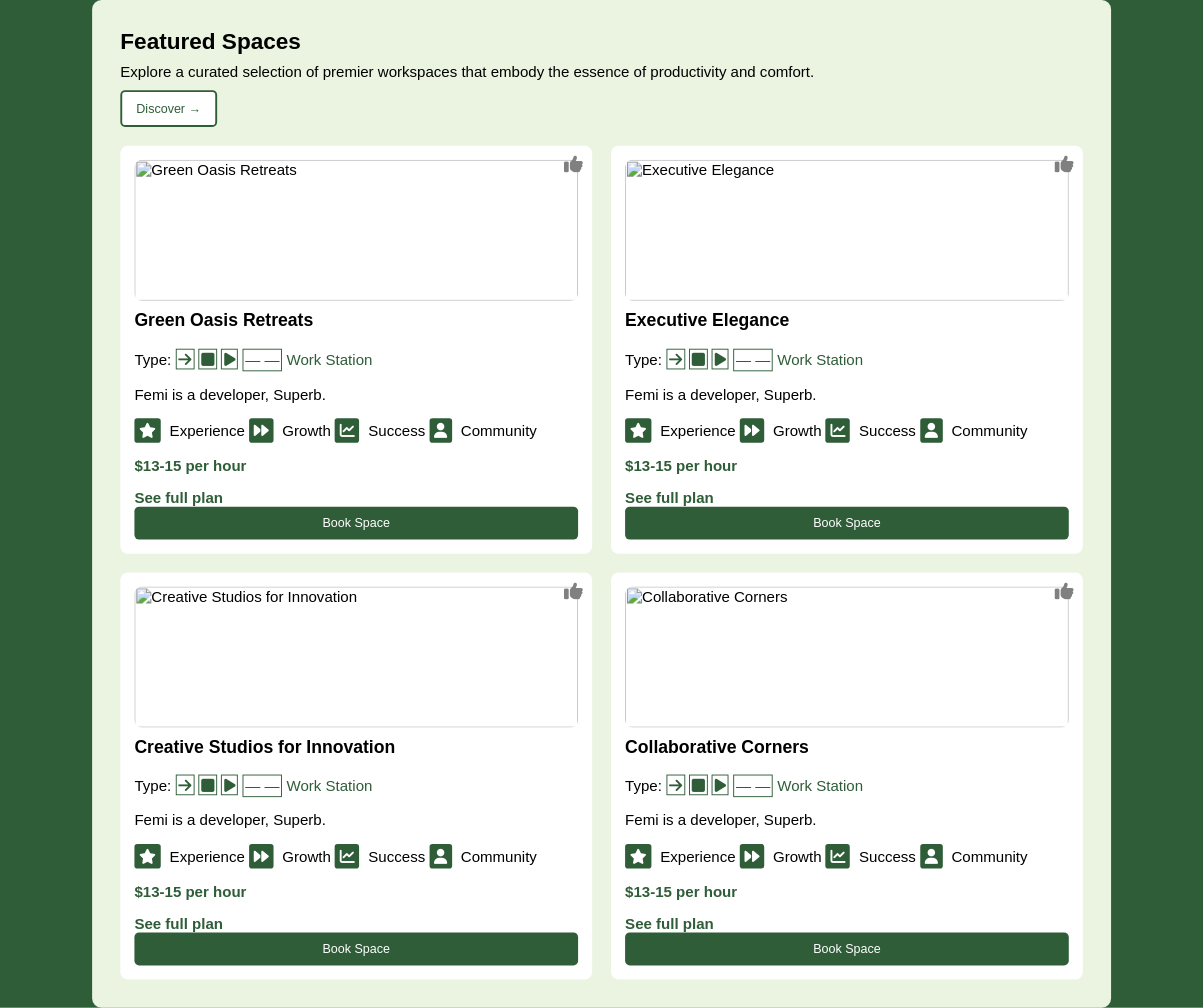
Repository: Femi007-gh/Assignment1
Page: index.html
These files come from the project's save history. The page is drawn as it stood at one moment and after a run of saves; the edit follows.
The browser window is 1280 px wide. The pictures show the whole page, at 94% of full size.

Above is the page before, as saved 2025-01-30 14:14:36.

### index.html
<html>
<head>
    <title>Featured Spaces</title>
    <link rel="stylesheet" href="style.css">
    <link rel="stylesheet" href="https://cdnjs.cloudflare.com/ajax/libs/font-awesome/6.5.0/css/all.min.css">
</head>
<body>
    <div class="container">
        <section class="featured">
            <h2>Featured Spaces</h2>
            <p>Explore a curated selection of premier workspaces that embody the essence of productivity and comfort.</p>
            <button class="discover-btn">Discover →</button>
        </section>

        <div class="grid">
            <div class="space">
                <img src="" alt="Green Oasis Retreats">
                <i class="fas fa-thumbs-up like-icon"></i>
                <h3>Green Oasis Retreats</h3>
                <div class="info-section">
                    <p class="workstation">
                        Type: <i class="fas fa-arrow-right"></i>
                        <i class="fas fa-square"></i>
                        <i class="fas fa-play"></i>
                        <span class="lines">— —</span>
                        <span class="green-text">Work Station</span>
                    </p>
                    <p>Femi is a developer, Superb.</p>
                    <p class="icon-text">
                        <i class="fas fa-star"></i> Experience
                        <i class="fas fa-forward"></i> Growth
                        <i class="fas fa-chart-line"></i> Success
                        <i class="fas fa-user"></i> Community
                    </p>
                    <p class="price">$13-15 per hour</p>
                    <a href="#" class="full-plan">See full plan</a>
                </div>
                <button class="book-btn">Book Space</button>
            </div>

            <div class="space">
                <img src="" alt="Executive Elegance">
                <i class="fas fa-thumbs-up like-icon"></i>
                <h3>Executive Elegance</h3>
                <div class="info-section">
                    <p class="workstation">
                        Type: <i class="fas fa-arrow-right"></i>
                        <i class="fas fa-square"></i>
                        <i class="fas fa-play"></i>
                        <span class="lines">— —</span>
                        <span class="green-text">Work Station</span>
                    </p>
                    <p>Femi is a developer, Superb.</p>
                    <p class="icon-text">
                        <i class="fas fa-star"></i> Experience
                        <i class="fas fa-forward"></i> Growth
                        <i class="fas fa-chart-line"></i> Success
                        <i class="fas fa-user"></i> Community
                    </p>
                    <p class="price">$13-15 per hour</p>
                    <a href="#" class="full-plan">See full plan</a>
                </div>
                <button class="book-btn">Book Space</button>
            </div>

            <div class="space">
                <img src="" alt="Creative Studios for Innovation">
                <i class="fas fa-thumbs-up like-icon"></i>
                <h3>Creative Studios for Innovation</h3>
                <div class="info-section">
                    <p class="workstation">
                        Type: <i class="fas fa-arrow-right"></i>
                        <i class="fas fa-square"></i>
                        <i class="fas fa-play"></i>
                        <span class="lines">— —</span>
                        <span class="green-text">Work Station</span>
                    </p>
                    <p>Femi is a developer, Superb.</p>
                    <p class="icon-text">
                        <i class="fas fa-star"></i> Experience
                        <i class="fas fa-forward"></i> Growth
                        <i class="fas fa-chart-line"></i> Success
                        <i class="fas fa-user"></i> Community
                    </p>
                    <p class="price">$13-15 per hour</p>
                    <a href="#" class="full-plan">See full plan</a>
                </div>
                <button class="book-btn">Book Space</button>
            </div>

            <div class="space">
                <img src="" alt="Collaborative Corners">
                <i class="fas fa-thumbs-up like-icon"></i>
                <h3>Collaborative Corners</h3>
                <div class="info-section">
                    <p class="workstation">
                        Type: <i class="fas fa-arrow-right"></i>
                        <i class="fas fa-square"></i>
                        <i class="fas fa-play"></i>
                        <span class="lines">— —</span>
                        <span class="green-text">Work Station</span>
                    </p>
                    <p>Femi is a developer, Superb.</p>
                    <p class="icon-text">
                        <i class="fas fa-star"></i> Experience
                        <i class="fas fa-forward"></i> Growth
                        <i class="fas fa-chart-line"></i> Success
                        <i class="fas fa-user"></i> Community
                    </p>
                    <p class="price">$13-15 per hour</p>
                    <a href="#" class="full-plan">See full plan</a>
                </div>
                <button class="book-btn">Book Space</button>
            </div>
        </div>
    </div>
</body>
</html>

### style.css
body {
  background-color: #2E5D38; /* Restored to green */
  font-family: Arial, sans-serif;
  margin: 0;
  padding: 0;
}

.container {
  background-color: #EAF4E1;
  padding: 30px;
  border-radius: 10px;
  width: 80%;
  margin: auto;
}

.featured {
  text-align: left;
  margin-bottom: 20px;
}

.featured h2, .featured p {
  margin: 0 0 10px 0;
}

.discover-btn {
  background-color: white;
  color: #2E5D38;
  border: 2px solid #2E5D38;
  padding: 10px 15px;
  cursor: pointer;
  border-radius: 5px;
  text-align: center;
}

.grid {
  display: grid;
  grid-template-columns: repeat(2, 1fr);
  gap: 20px;
}

.space {
  background-color: white;
  border-radius: 8px;
  padding: 15px;
  text-align: left;
  position: relative;
}

.space img {
  width: 100%;
  height: 150px;
  object-fit: cover;
  border-radius: 8px;
}

.like-icon {
  position: absolute;
  top: 10px;
  right: 10px;
  color: grey;
  font-size: 20px;
}

h3 {
  margin-top: 10px;
}

.info-section {
  margin-top: 10px;
}

.workstation i, .workstation .lines {
  border: 1px solid #2E5D38;
  padding: 2px;
  background: white;
  color: #2E5D38;
  display: inline-block;
}

.workstation .green-text {
  color: #2E5D38;
}

.icon-text i {
  background-color: #2E5D38;
  color: white;
  padding: 5px;
  border-radius: 3px;
  margin-right: 5px;
}

.price {
  font-weight: bold;
  color: #2E5D38;
}

.full-plan {
  color: #2E5D38;
  text-decoration: none;
  font-weight: bold;
}

.book-btn {
  background-color: #2E5D38;
  color: white;
  border: none;
  padding: 10px 15px;
  cursor: pointer;
  border-radius: 5px;
  width: 100%;
}

After the next 2 saves:
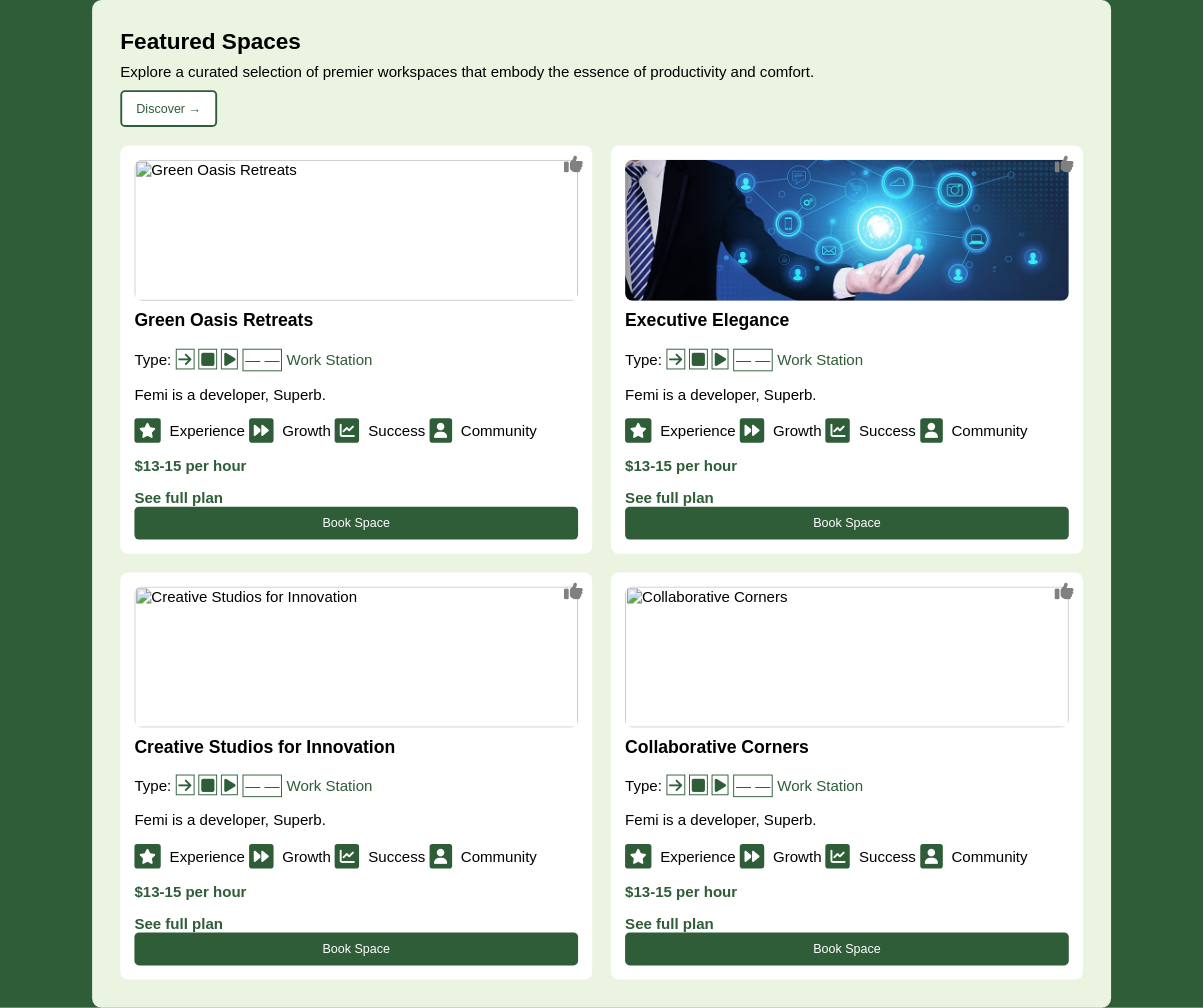
The 2 saves are shown as one change because they came seconds apart.
The last was saved 78 s later.
--- a/index.html
+++ b/index.html
@@ -39,7 +39,7 @@
             </div>
 
             <div class="space">
-                <img src="" alt="Executive Elegance">
+                <img src="biz.jpg" alt="Executive Elegance">
                 <i class="fas fa-thumbs-up like-icon"></i>
                 <h3>Executive Elegance</h3>
                 <div class="info-section">
